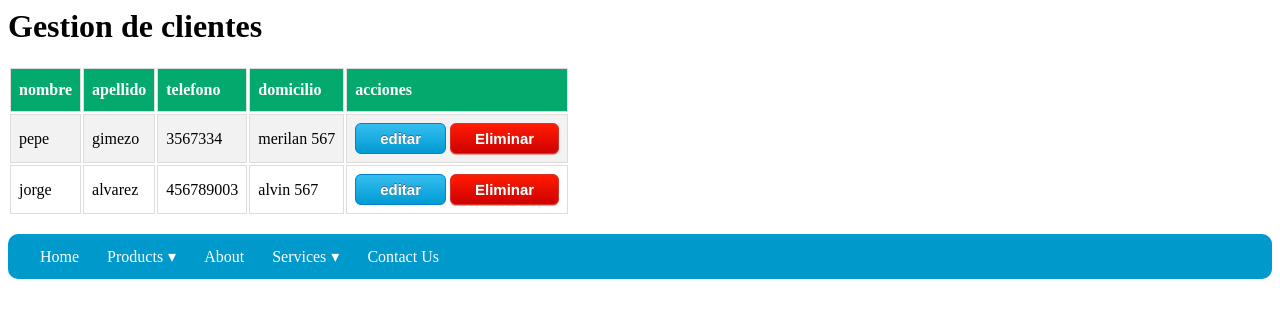
Repository: geraldine-ventura/Practicando.net
Page: index 2.html
The author's editor kept a copy of each file at every save. The page is drawn from the files as they stood at one save, then again after the next save.
The browser window is 1280 px wide. The pictures show the whole page.

Above is the page before, as saved 2022-12-20 12:09:23.

### index 2.html
<link rel="stylesheet" href="style.css"/>
<link rel="stylesheet" href="menu.css"/>
<h1>Gestion de clientes</h1>
<table id= "customers">
    <tr>
        <th>nombre</th>
        <th>apellido</th>
        <th>telefono</th>
        <th>domicilio</th>
        <th>acciones</th>
    </tr>
    <tr>
        <td>pepe</td>
        <td>gimezo</td>
        <td>3567334</td>
        <td>merilan 567</td>
        <td>
         <a href="#" class="myButton">editar</a>
         <a href="#" class="myButton2">Eliminar</a>

        </td>
    </tr>
    <tr>
        <td>jorge</td>
        <td>alvarez</td>
        <td>456789003</td>
        <td>alvin 567</td>
        <td>
            <a href="#" class="myButton">editar</a>
            <a href="#" class="myButton2">Eliminar</a>

          </td>
    </tr>
</table>
<br/>
<nav id='menu'>
    <input type='checkbox' id='responsive-menu' onclick='updatemenu()'><label></label>
    <ul>
      <li><a href='http://'>Home</a></li>
      <li><a class='dropdown-arrow' href='http://'>Products</a>
        <ul class='sub-menus'>
          <li><a href='http://'>Products 1</a></li>
          <li><a href='http://'>Products 2</a></li>
          <li><a href='http://'>Products 3</a></li>
          <li><a href='http://'>Products 4</a></li>
        </ul>
      </li>
      <li><a href='http://'>About</a></li>
      <li><a class='dropdown-arrow' href='http://'>Services</a>
        <ul class='sub-menus'>
          <li><a href='http://'>Services 1</a></li>
          <li><a href='http://'>Services 2</a></li>
          <li><a href='http://'>Services 3</a></li>
        </ul>
      </li>
      <li><a href='http://'>Contact Us</a></li>
    </ul>
  </nav>

### style.css
<style>
    #customers {
      font-family: Arial, Helvetica, sans-serif;
      border-collapse: collapse;
      width: 100%;
    }

    #customers td, #customers th {
      border: 1px solid #ddd;
      padding: 8px;
    }

    #customers tr:nth-child(even){background-color: #f2f2f2;}

    #customers tr:hover {background-color: #ddd;}

    #customers th {
      padding-top: 12px;
      padding-bottom: 12px;
      text-align: left;
      background-color: #04AA6D;
      color: white;
    }
    .myButton {
	box-shadow: 0px 1px 0px 0px #f0f7fa;
	background:linear-gradient(to bottom, #33bdef 5%, #019ad2 100%);
	background-color:#33bdef;
	border-radius:6px;
	border:1px solid #057fd0;
	display:inline-block;
	cursor:pointer;
	color:#ffffff;
	font-family:Arial;
	font-size:15px;
	font-weight:bold;
	padding:6px 24px;
	text-decoration:none;
	text-shadow:0px -1px 0px #5b6178;
}
.myButton:hover {
	background:linear-gradient(to bottom, #019ad2 5%, #33bdef 100%);
	background-color:#019ad2;
}
.myButton:active {
	position:relative;
	top:1px;
}
.myButton2 {
	box-shadow: 0px 1px 0px 0px #f29c93;
	background:linear-gradient(to bottom, #fe1a00 5%, #ce0100 100%);
	background-color:#fe1a00;
	border-radius:6px;
	border:1px solid #d83526;
	display:inline-block;
	cursor:pointer;
	color:#ffffff;
	font-family:Arial;
	font-size:15px;
	font-weight:bold;
	padding:6px 24px;
	text-decoration:none;
	text-shadow:0px -1px 0px #b23e35;
}
.myButton2:hover {
	background:linear-gradient(to bottom, #ce0100 5%, #fe1a00 100%);
	background-color:#ce0100;
}
.myButton2:active {
	position:relative;
	top:1px;
}


</style>

### menu.css
#menu {
	background: #0099CC;
	color: #FFF;
	height: 45px;
	padding-left: 18px;
	border-radius: 10px;
}
#menu ul, #menu li {
	margin: 0 auto;
	padding: 0;
	list-style: none
}
#menu ul {
	width: 100%;
}
#menu li {
	float: left;
	display: inline;
	position: relative;
}
#menu a {
	display: block;
	line-height: 45px;
	padding: 0 14px;
	text-decoration: none;
	color: #FFFFFF;
	font-size: 16px;
}
#menu a.dropdown-arrow:after {
	content: "\25BE";
	margin-left: 5px;
}
#menu li a:hover {
	color: #0099CC;
	background: #F2F2F2;
}
#menu input {
	display: none;
	margin: 0;
	padding: 0;
	height: 45px;
	width: 100%;
	opacity: 0;
	cursor: pointer
}
#menu label {
	display: none;
	line-height: 45px;
	text-align: center;
	position: absolute;
	left: 35px
}
#menu label:before {
	font-size: 1.6em;
	content: "\2261";
	margin-left: 20px;
}
#menu ul.sub-menus{
	height: auto;
	overflow: hidden;
	width: 170px;
	background: #444444;
	position: absolute;
	z-index: 99;
	display: none;
}
#menu ul.sub-menus li {
	display: block;
	width: 100%;
}
#menu ul.sub-menus a {
	color: #FFFFFF;
	font-size: 16px;
}
#menu li:hover ul.sub-menus {
	display: block
}
#menu ul.sub-menus a:hover{
	background: #F2F2F2;
	color: #444444;
}
@media screen and (max-width: 800px){
	#menu {position:relative}
	#menu ul {background:#111;position:absolute;top:100%;right:0;left:0;z-index:3;height:auto;display:none}
	#menu ul.sub-menus {width:100%;position:static;}
	#menu ul.sub-menus a {padding-left:30px;}
	#menu li {display:block;float:none;width:auto;}
	#menu input, #menu label {position:absolute;top:0;left:0;display:block}
	#menu input {z-index:4}
	#menu input:checked + label {color:white}
	#menu input:checked + label:before {content:"\00d7"}
	#menu input:checked ~ ul {display:block}
}

After the next save:
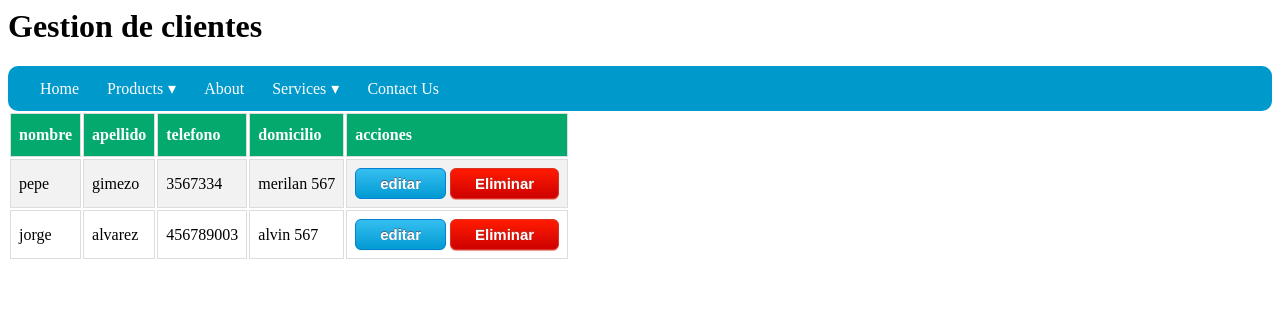
Saved 2 min 14 s later.
--- a/index 2.html
+++ b/index 2.html
@@ -1,6 +1,31 @@
 <link rel="stylesheet" href="style.css"/>
 <link rel="stylesheet" href="menu.css"/>
 <h1>Gestion de clientes</h1>
+
+<nav id='menu'>
+    <input type='checkbox' id='responsive-menu' onclick='updatemenu()'><label></label>
+    <ul>
+      <li><a href='http://'>Home</a></li>
+      <li><a class='dropdown-arrow' href='http://'>Products</a>
+        <ul class='sub-menus'>
+          <li><a href='http://'>Products 1</a></li>
+          <li><a href='http://'>Products 2</a></li>
+          <li><a href='http://'>Products 3</a></li>
+          <li><a href='http://'>Products 4</a></li>
+        </ul>
+      </li>
+      <li><a href='http://'>About</a></li>
+      <li><a class='dropdown-arrow' href='http://'>Services</a>
+        <ul class='sub-menus'>
+          <li><a href='http://'>Services 1</a></li>
+          <li><a href='http://'>Services 2</a></li>
+          <li><a href='http://'>Services 3</a></li>
+        </ul>
+      </li>
+      <li><a href='http://'>Contact Us</a></li>
+    </ul>
+  </nav>
+
 <table id= "customers">
     <tr>
         <th>nombre</th>
@@ -33,26 +58,3 @@
     </tr>
 </table>
 <br/>
-<nav id='menu'>
-    <input type='checkbox' id='responsive-menu' onclick='updatemenu()'><label></label>
-    <ul>
-      <li><a href='http://'>Home</a></li>
-      <li><a class='dropdown-arrow' href='http://'>Products</a>
-        <ul class='sub-menus'>
-          <li><a href='http://'>Products 1</a></li>
-          <li><a href='http://'>Products 2</a></li>
-          <li><a href='http://'>Products 3</a></li>
-          <li><a href='http://'>Products 4</a></li>
-        </ul>
-      </li>
-      <li><a href='http://'>About</a></li>
-      <li><a class='dropdown-arrow' href='http://'>Services</a>
-        <ul class='sub-menus'>
-          <li><a href='http://'>Services 1</a></li>
-          <li><a href='http://'>Services 2</a></li>
-          <li><a href='http://'>Services 3</a></li>
-        </ul>
-      </li>
-      <li><a href='http://'>Contact Us</a></li>
-    </ul>
-  </nav>
